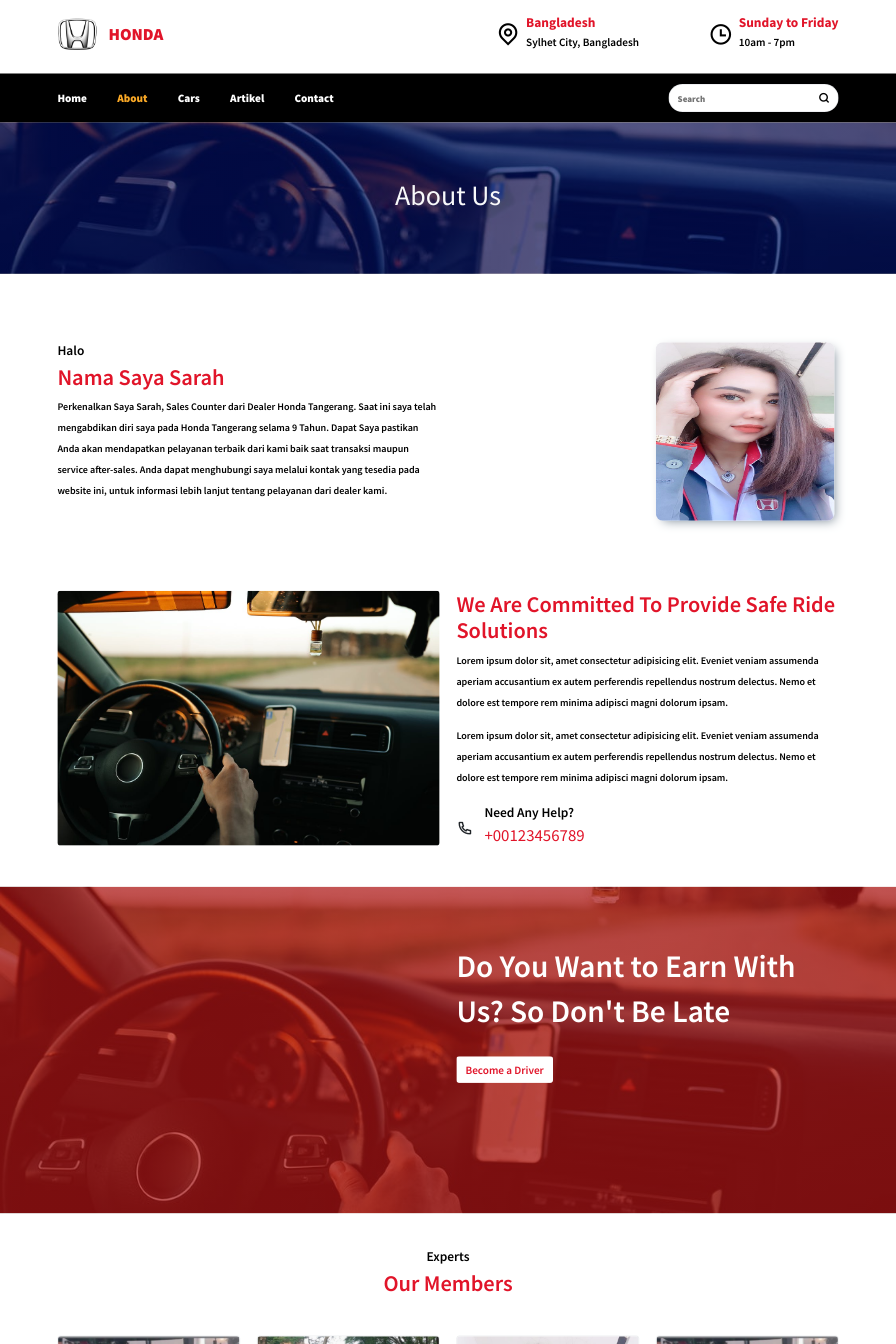
Repository: stevenxylver/Honda
Page: /about
An editor plug-in stored every save of this project. The page is shown before and after the next save, followed by the edit.
The browser window is 1280 px wide. The pictures show the part of the page from y = 0 to 1920 px (the page is 2918 px tall), at 70% of full size.
Pictures or frames that could not be fetched are drawn as grey boxes. The project was rebuilt for these pictures with package versions that can differ from the ones it lists, and the page was loaded fresh each time. Also part of the build but not shown: src/styles/hero-slider.css, src/components/UI/HeroSlider.jsx, src/components/UI/FindCarForm.jsx, src/styles/services-list.css, src/assets/data/serviceData.js, src/components/UI/ServicesList.jsx, src/components/UI/Example.jsx, src/assets/data/carData.js and 20 more.

Above is the page before, as saved 2022-11-18 11:28:22.

After the next save:
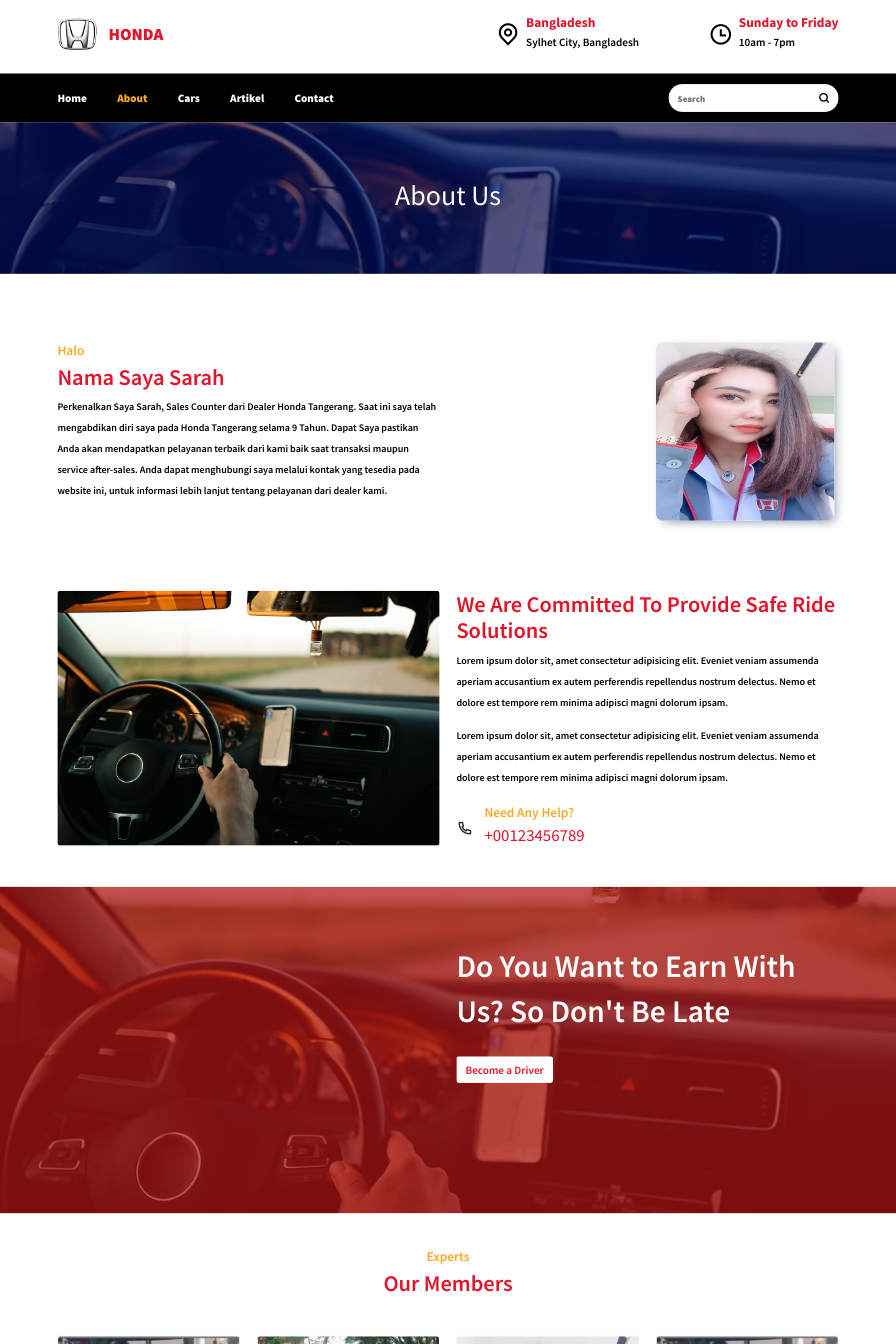
Saved 5 s later.
--- a/src/styles/find-car-form.css
+++ b/src/styles/find-car-form.css
@@ -54,7 +54,7 @@
 }
 
 .section__subtitle{
-color: ##f9a826;
+color: #f9a826;
 }
 .rent__price{
   color: #000;
